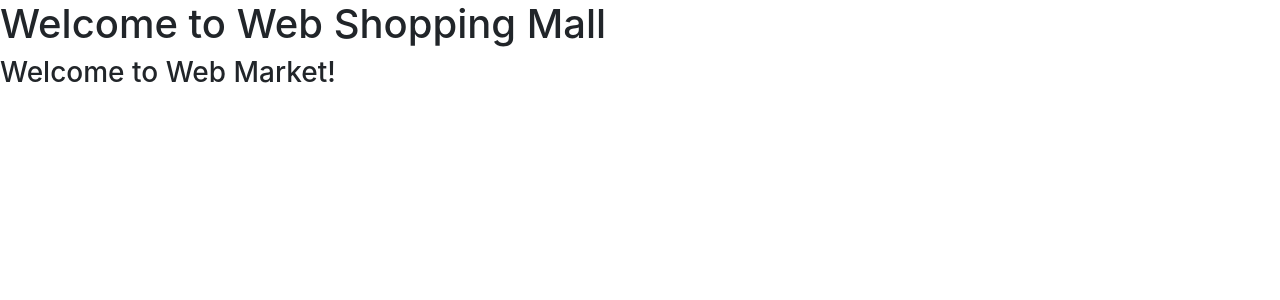
Repository: SeoHyungjun/Java_study
Page: http://localhost/WebMarket/welcome.jsp
An editor plug-in stored every save of this project. The page is shown before and after the next save, followed by the edit.
The browser window is 1280 px wide. The pictures show the whole page.
The page is served by Tomcat 9. Other server files are loaded and not shown.

Above is the page before, as saved 2022-09-19 10:44:57.

### eclipse_web_server/eclipse-workspace/WebMarket/src/main/webapp/welcome.jsp
<html>
<head>
<link rel = "stylesheet"
	href = "https://maxcdn.bootstrapcdn.com/bootstrap/4.0.0/css/bootstrap.min.css">
<title>Welcome</title>
</head>
<body>
	<%! String greeting = "Welcome to Web Shopping Mall";
	String tagline = "Welcome to Web Market!"; %>
	<h1>
		<%= greeting %>
	</h1>
	<h3>
		<%= tagline %>
	</h3>
</body>
</html>

After the next save:
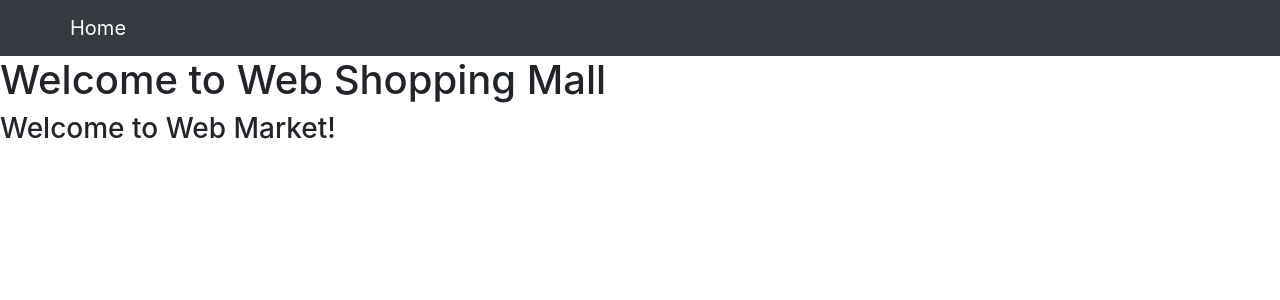
Saved 98 s later.
--- a/eclipse_web_server/eclipse-workspace/WebMarket/src/main/webapp/welcome.jsp
+++ b/eclipse_web_server/eclipse-workspace/WebMarket/src/main/webapp/welcome.jsp
@@ -5,6 +5,13 @@
 <title>Welcome</title>
 </head>
 <body>
+	<nav class = "navbar navbar-expand navbar-dark bg-dark">
+		<div class = "container">
+			<div class = "navbar-header">
+				<a class = "navbar-brand" href="./welcome.jsp">Home</a>
+			</div>
+		</div>
+	</nav>
 	<%! String greeting = "Welcome to Web Shopping Mall";
 	String tagline = "Welcome to Web Market!"; %>
 	<h1>
